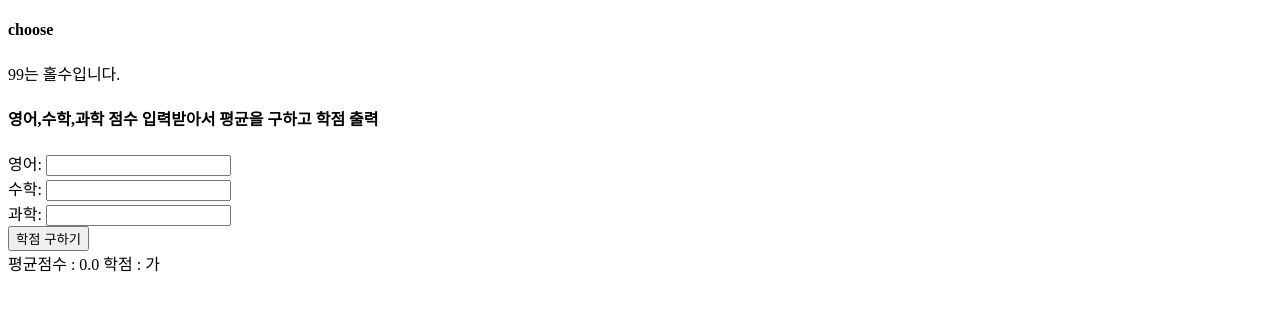
Repository: hyojinx/JspStudy
Page: http://localhost/jspstudy/11JSTL/Choose.jsp
These files come from the project's save history. The page is drawn as it stood at one moment and after the next save; the edit follows.
The browser window is 1280 px wide. The pictures show the whole page.
The page is served by Tomcat 9.

Above is the page before, as saved 2023-04-10 03:07:13.

After the next save:
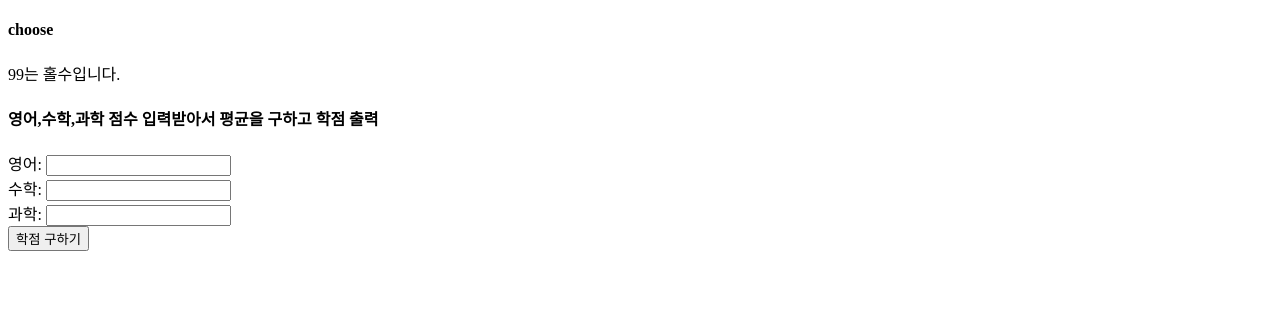
Saved 77 s later.
--- a/jspstudy/src/main/webapp/11JSTL/Choose.jsp
+++ b/jspstudy/src/main/webapp/11JSTL/Choose.jsp
@@ -29,37 +29,10 @@
 	</form>
 	<!-- 90이상 수, 80이상 우, 70이상 미, 60이상 양, 나머지 가 -->
 	<!-- 평균점수: ?? / 학점: ?? -->
-	<c:choose>
-      <c:when test="${param.eng ge 90}">영어 : 수<br></c:when>
-      <c:when test="${param.eng ge 80}">영어 : 우<br></c:when>
-      <c:when test="${param.eng ge 70}">영어 : 미<br></c:when>
-      <c:when test="${param.eng ge 60}">영어 : 양<br></c:when>
-      <c:when test="${param.eng lt 60}">영어 : 가<br></c:when>
-   </c:choose>
-   <c:choose>
-      <c:when test="${param.math ge 90}">수학 : 수<br></c:when>
-      <c:when test="${param.math ge 80}">수학 : 우<br></c:when>
-      <c:when test="${param.math ge 70}">수학 : 미<br></c:when>
-      <c:when test="${param.math ge 60}">수학 : 양<br></c:when>
-      <c:when test="${param.math lt 60}">수학 : 가<br></c:when>
-   </c:choose>
-   <c:choose>
-      <c:when test="${param.sci ge 90}">과학 : 수<br></c:when>
-      <c:when test="${param.sci ge 80}">과학 : 우<br></c:when>
-      <c:when test="${param.sci ge 70}">과학 : 미<br></c:when>
-      <c:when test="${param.sci ge 60}">과학 : 양<br></c:when>
-      <c:when test="${param.sci lt 60}">과학 : 가<br></c:when>
-   </c:choose>
-   평균점수 : ${(param.eng+param.math+param.sci)/3}
-   학점 :
-   <c:choose>
-      <c:when test="${(param.eng+param.math+param.sci)/3 ge 90}">수<br></c:when>
-      <c:when test="${(param.eng+param.math+param.sci)/3 ge 80}">우<br></c:when>
-      <c:when test="${(param.eng+param.math+param.sci)/3 ge 70}">미<br></c:when>
-      <c:when test="${(param.eng+param.math+param.sci)/3 ge 60}">양<br></c:when>
-      <c:when test="${(param.eng+param.math+param.sci)/3 lt 60}">가<br></c:when>
-   </c:choose>
-
+	${param.eng}
+	${param.math}
+	${param.sci}
+	<c:set var="avg" value="${(param.eng+param.math+param.sci)/3}"/>
 
 
 
